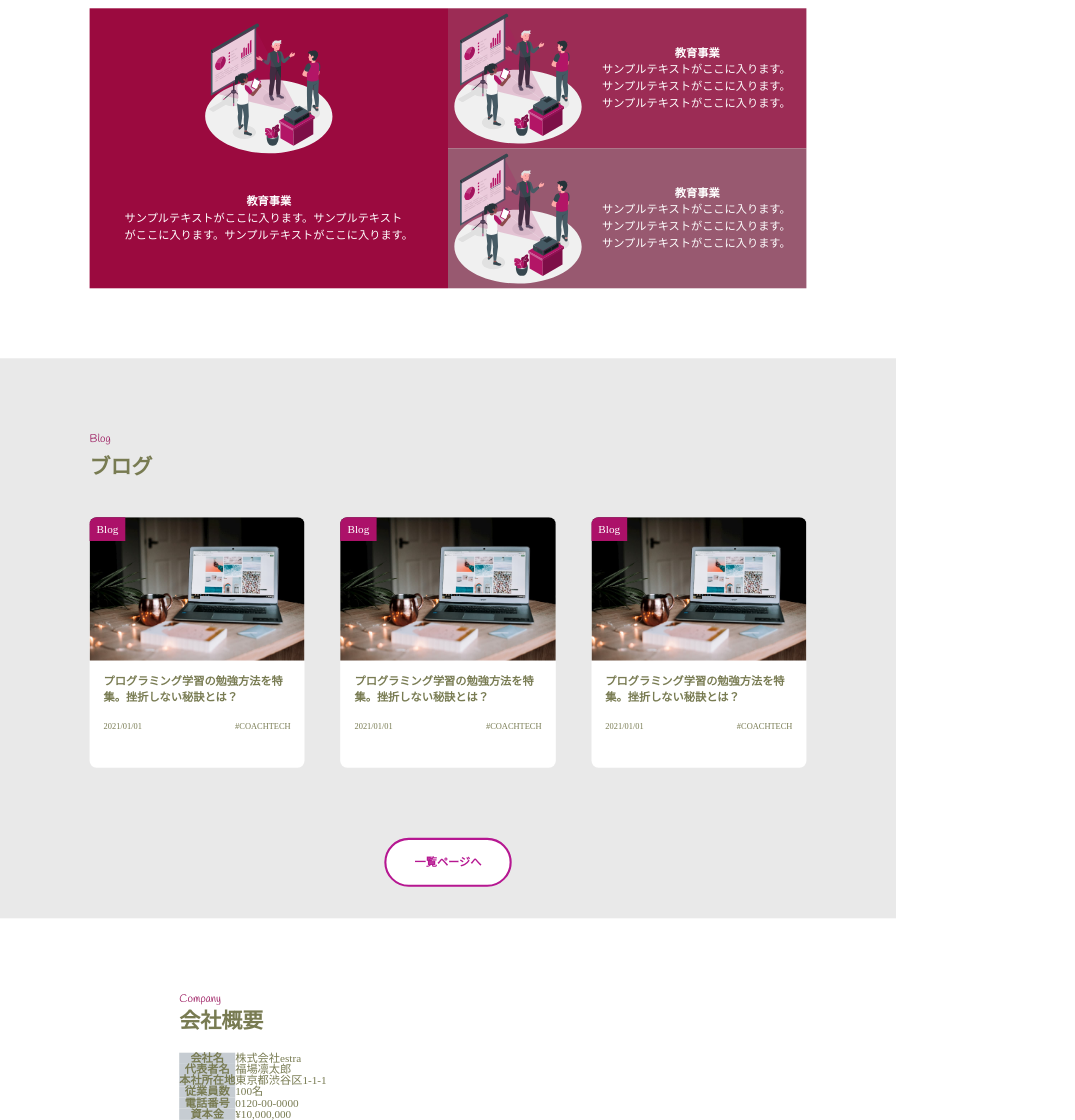
Repository: masanarimiura/20220504miura
Page: index.html
The author's editor kept a copy of each file at every save. The page is drawn from the files as they stood at one save, then again after the next save.
The browser window is 1280 px wide. The page is 1536 px wide, so the pictures cover 1536 px, including what lies to the right of the window. The pictures show the part of the page from y = 1907 to 3507 px (the page is 3507 px tall), at 70% of full size.

Above is the page before, as saved 2022-05-05 00:56:44.

After the next save:
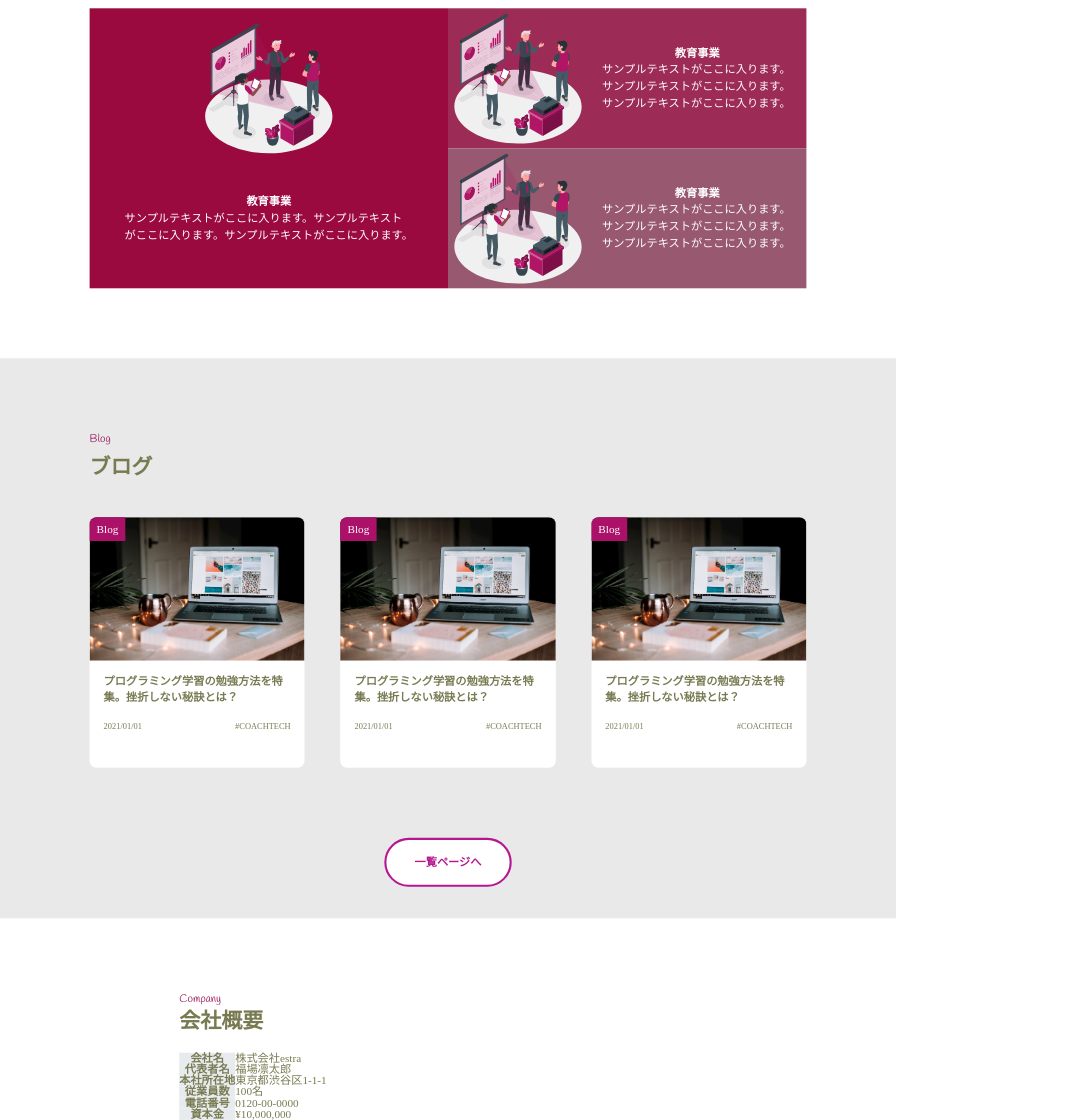
Saved 13 s later.
--- a/css/style.css
+++ b/css/style.css
@@ -273,7 +273,7 @@ a {
   margin: 30px 0 0;
 }
 .company-tr th {
-  background-color: rgb(198, 204, 210);
+  background-color: rgb(232, 235, 238);
 }
 .company-tr td {
 }
